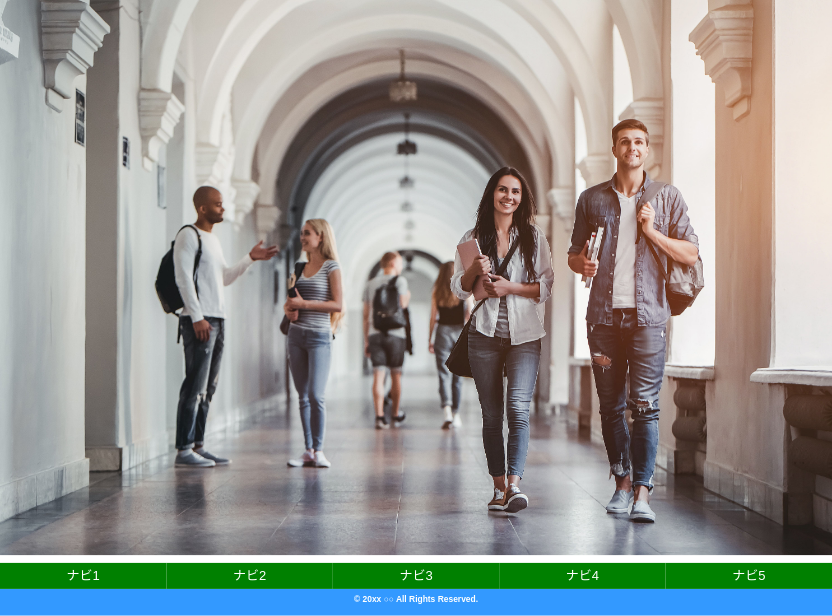
Repository: ken-ji08/samurai_HTML-CSS
Page: home.html
The author's editor kept a record of every edit. The page is drawn from the files as they stood at one moment, then again after the next edit.
The browser window is 1280 px wide. The pictures show the whole page, at 65% of full size.
Pictures or frames that could not be fetched are drawn as grey boxes.

Above is the page before.

After the next edit:
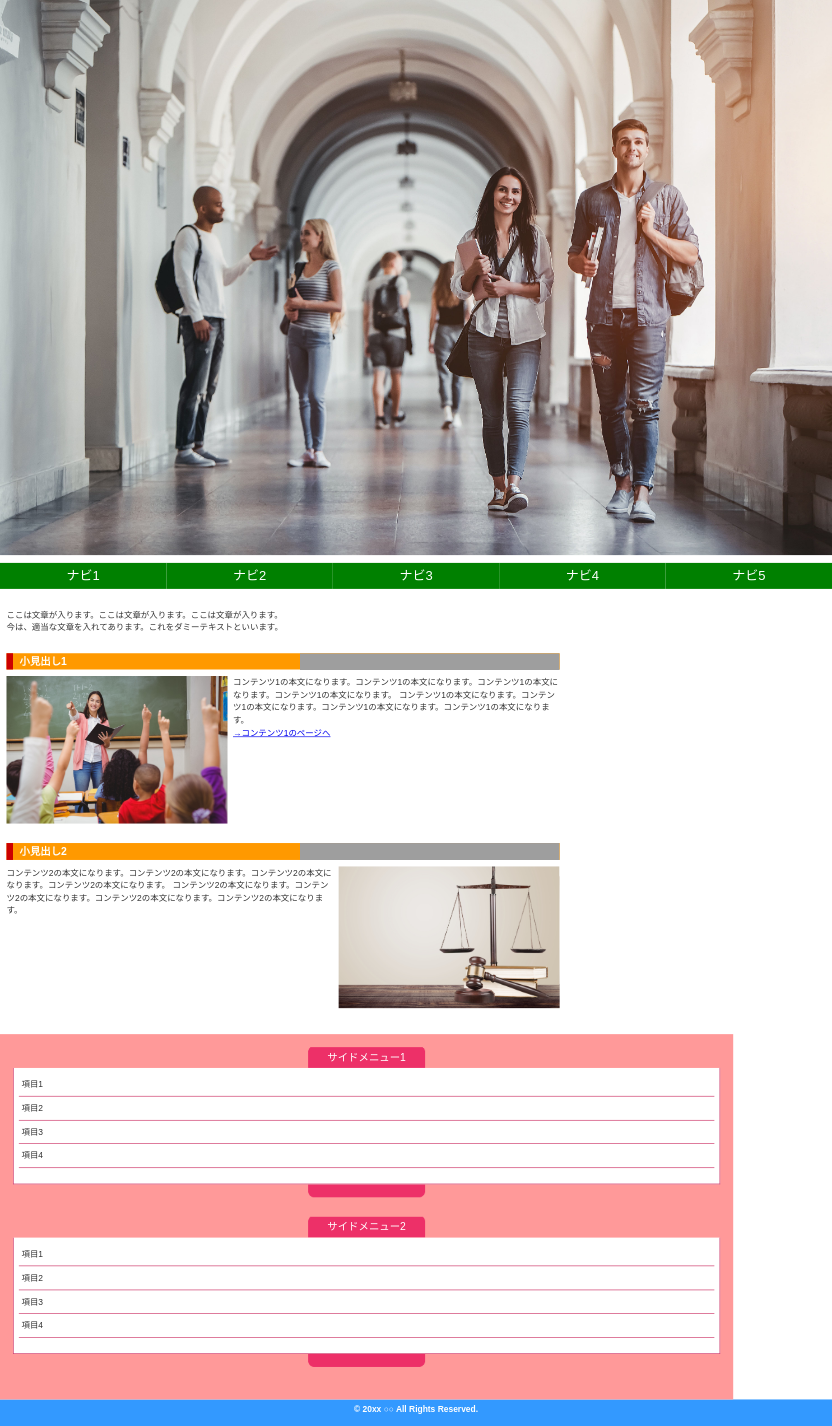
The edit:
--- a/home.html
+++ b/home.html
@@ -19,6 +19,54 @@
                     <li><a href="#">ナビ5</a></li>
                 </ul>
             </div>
+            <div id="container">
+                <div id="main">
+                    <div class="post">
+                        <p>ここは文章が入ります。ここは文章が入ります。ここは文章が入ります。<br />今は、適当な文章を入れてあります。これをダミーテキストといいます。</p>
+                    </div>
+                    <div class="post clearfix">
+                        <h2>小見出し1</h2>
+                        <img class="left" src="images/classroom.jpg" alt="授業風景" />
+                        <p>
+                            コンテンツ1の本文になります。コンテンツ1の本文になります。コンテンツ1の本文になります。コンテンツ1の本文になります。
+                            コンテンツ1の本文になります。コンテンツ1の本文になります。コンテンツ1の本文になります。コンテンツ1の本文になります。
+                        </p>
+                        <p><a href="#">→コンテンツ1のページへ</a></p>
+                    </div>
+                    <div class="post clearfix">
+                        <h2>小見出し2</h2>
+                        <img class="right" src="images/scale.jpg" alt="天秤" />
+                        <p>
+                            コンテンツ2の本文になります。コンテンツ2の本文になります。コンテンツ2の本文になります。コンテンツ2の本文になります。
+                            コンテンツ2の本文になります。コンテンツ2の本文になります。コンテンツ2の本文になります。コンテンツ2の本文になります。
+                        </p>
+                    </div>
+                </div>
+            </div>
+                       <div id="side">
+                <div class="box">
+                    <h2>サイドメニュー1</h2>
+                    <div class="boxBody">
+                        <ul>
+                            <li>項目1</li>
+                            <li>項目2</li>
+                            <li>項目3</li>
+                            <li>項目4</li>
+                        </ul>
+                    </div>
+                </div>
+                <div class="box">
+                    <h2>サイドメニュー2</h2>
+                    <div class="boxBody">
+                        <ul>
+                            <li>項目1</li>
+                            <li>項目2</li>
+                            <li>項目3</li>
+                            <li>項目4</li>
+                        </ul>
+                    </div>
+                </div>
+            </div>
         </div>
         <div id="footer">
             <p>&copy; 20xx ○○ All Rights Reserved.</p>
